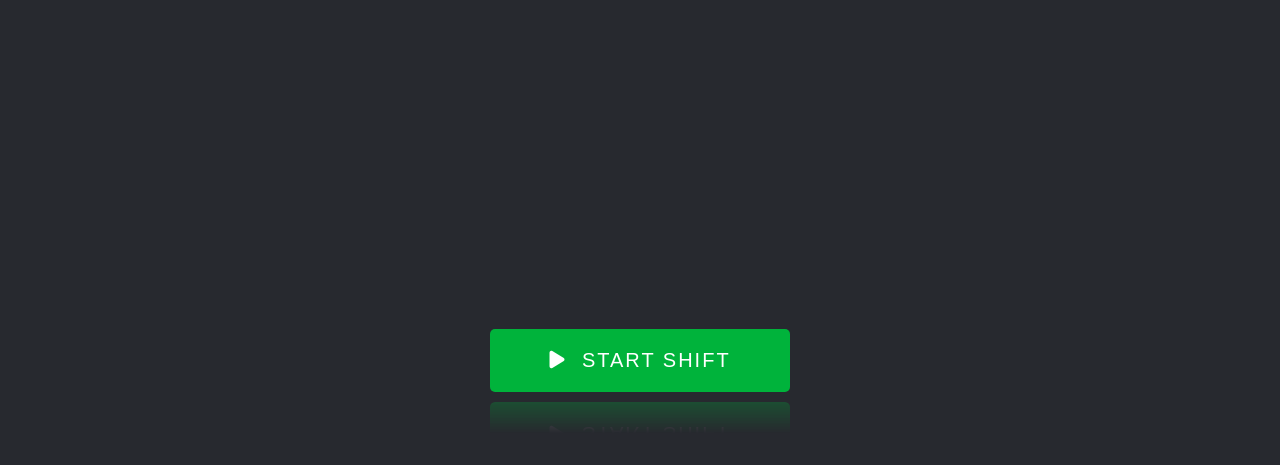
Repository: Philip-Rogers/button-state
Page: index.html
The author's editor kept a copy of each file at every save. The page is drawn from the files as they stood at one save, then again after the next save.
The browser window is 1280 px wide. The pictures show the whole page.

Above is the page before, as saved 2024-08-14 14:13:35.

After the next save:
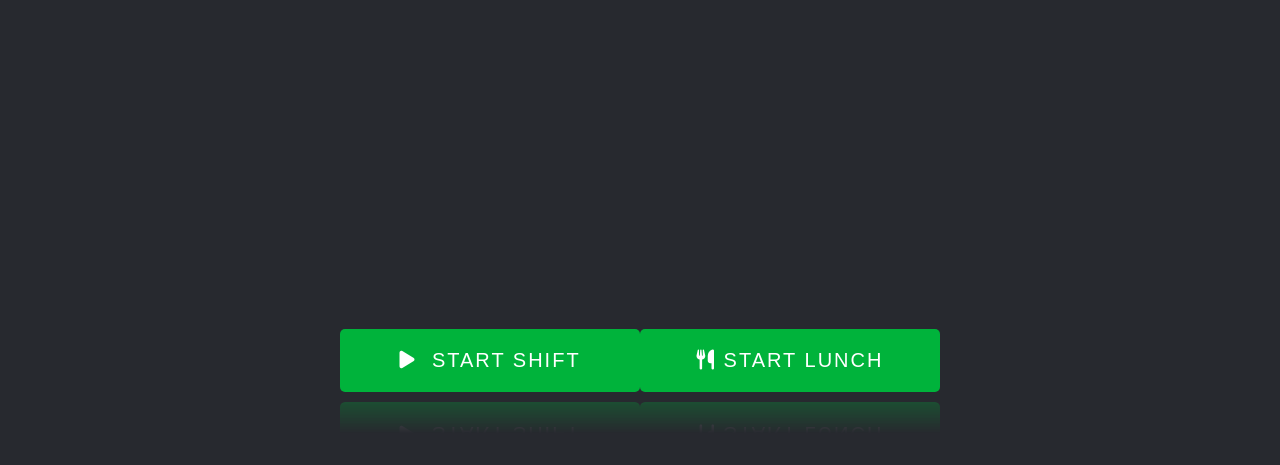
Saved 33 min 36 s later.
--- a/index.html
+++ b/index.html
@@ -4,7 +4,7 @@
 <head>
     <meta charset="UTF-8">
     <meta name="viewport" content="width=device-width, initial-scale=1.0">
-    <title>Shift Toggle Button</title>
+    <title>Shift and Lunch Toggle Buttons</title>
     <link rel="stylesheet" href="index.css">
     <link rel="stylesheet" href="https://cdnjs.cloudflare.com/ajax/libs/font-awesome/6.5.1/css/all.min.css"
         integrity="sha512-DTOQO9RWCH3ppGqcWaEA1BIZOC6xxalwEsw9c2QQeAIftl+Vegovlnee1c9QX4TctnWMn13TZye+giMm8e2LwA=="
@@ -13,15 +13,21 @@
 
 <body>
 
-    <!-- Button Element -->
-    <button id="shiftButton" onclick="toggleShift()"><i class="fa fa-play"></i> Start Shift</button>
+    <!-- Shift Button -->
+    <button id="shiftButton" class="toggle-button" onclick="toggleShift()">
+        <i class="fa fa-play"></i> Start Shift
+    </button>
+
+    <!-- Lunch Button -->
+    <button id="lunchButton" class="toggle-button" onclick="toggleLunch()">
+        <i class="fa fa-utensils"></i> Start Lunch
+    </button>
 
     <script>
-        // Function to toggle the button text and color
+        // Function to toggle the Shift button text and color
         function toggleShift() {
             const button = document.getElementById('shiftButton');
 
-            // Check the current state and toggle
             if (button.innerHTML.includes('Start Shift')) {
                 button.innerHTML = '<i class="fa fa-stop"></i> Stop Shift';
                 button.style.backgroundColor = 'hsl(354, 70%, 54%)'; // Red for Stop Shift
@@ -30,6 +36,19 @@
                 button.style.backgroundColor = 'hsl(140, 100%, 35%)'; // Green for Start Shift
             }
         }
+
+        // Function to toggle the Lunch button text and color
+        function toggleLunch() {
+            const button = document.getElementById('lunchButton');
+
+            if (button.innerHTML.includes('Start Lunch')) {
+                button.innerHTML = '<i class="fa fa-stop"></i> Stop Lunch';
+                button.style.backgroundColor = 'hsl(354, 70%, 54%)'; // Red for Stop Lunch
+            } else {
+                button.innerHTML = '<i class="fa fa-utensils"></i> Start Lunch';
+                button.style.backgroundColor = 'hsl(140, 100%, 35%)'; // Green for Start Lunch
+            }
+        }
     </script>
 
 </body>

After the save that followed:
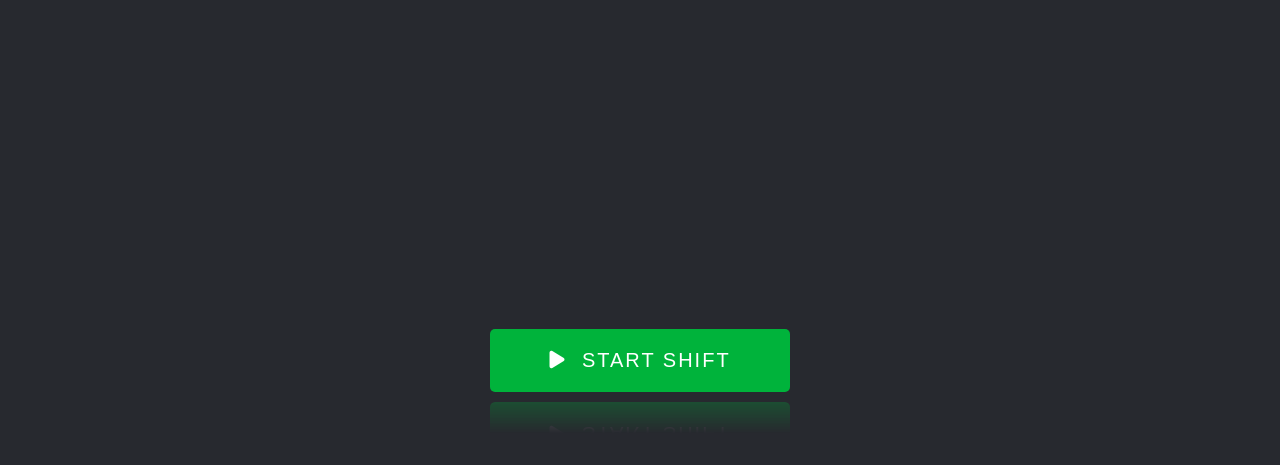
Saved 5 s later.
--- a/index.html
+++ b/index.html
@@ -4,7 +4,7 @@
 <head>
     <meta charset="UTF-8">
     <meta name="viewport" content="width=device-width, initial-scale=1.0">
-    <title>Shift and Lunch Toggle Buttons</title>
+    <title>Shift Toggle Button</title>
     <link rel="stylesheet" href="index.css">
     <link rel="stylesheet" href="https://cdnjs.cloudflare.com/ajax/libs/font-awesome/6.5.1/css/all.min.css"
         integrity="sha512-DTOQO9RWCH3ppGqcWaEA1BIZOC6xxalwEsw9c2QQeAIftl+Vegovlnee1c9QX4TctnWMn13TZye+giMm8e2LwA=="
@@ -13,21 +13,15 @@
 
 <body>
 
-    <!-- Shift Button -->
-    <button id="shiftButton" class="toggle-button" onclick="toggleShift()">
-        <i class="fa fa-play"></i> Start Shift
-    </button>
-
-    <!-- Lunch Button -->
-    <button id="lunchButton" class="toggle-button" onclick="toggleLunch()">
-        <i class="fa fa-utensils"></i> Start Lunch
-    </button>
+    <!-- Button Element -->
+    <button id="shiftButton" onclick="toggleShift()"><i class="fa fa-play"></i> Start Shift</button>
 
     <script>
-        // Function to toggle the Shift button text and color
+        // Function to toggle the button text and color
         function toggleShift() {
             const button = document.getElementById('shiftButton');
 
+            // Check the current state and toggle
             if (button.innerHTML.includes('Start Shift')) {
                 button.innerHTML = '<i class="fa fa-stop"></i> Stop Shift';
                 button.style.backgroundColor = 'hsl(354, 70%, 54%)'; // Red for Stop Shift
@@ -36,19 +30,6 @@
                 button.style.backgroundColor = 'hsl(140, 100%, 35%)'; // Green for Start Shift
             }
         }
-
-        // Function to toggle the Lunch button text and color
-        function toggleLunch() {
-            const button = document.getElementById('lunchButton');
-
-            if (button.innerHTML.includes('Start Lunch')) {
-                button.innerHTML = '<i class="fa fa-stop"></i> Stop Lunch';
-                button.style.backgroundColor = 'hsl(354, 70%, 54%)'; // Red for Stop Lunch
-            } else {
-                button.innerHTML = '<i class="fa fa-utensils"></i> Start Lunch';
-                button.style.backgroundColor = 'hsl(140, 100%, 35%)'; // Green for Start Lunch
-            }
-        }
     </script>
 
 </body>
